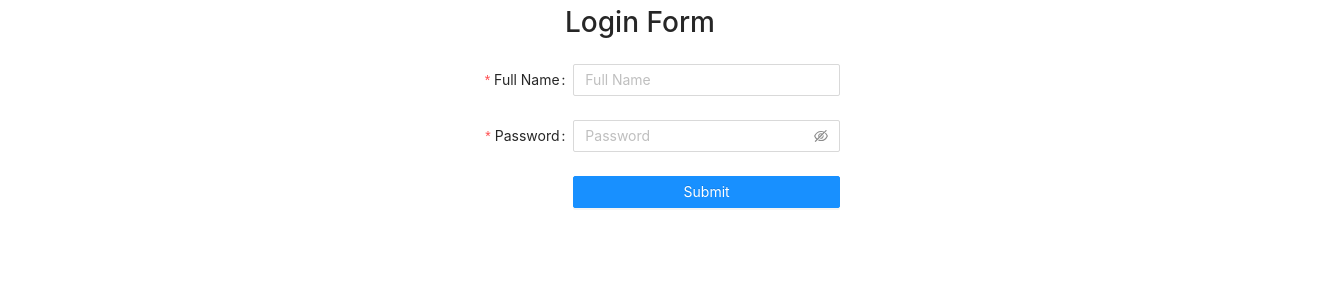
Repository: baodien1405/module-form
Page: /
These files come from the project's save history. The page is drawn as it stood at one moment and after the next save; the edit follows.
The browser window is 1280 px wide. The page is 1280 px wide, then 1330 px, so the pictures cover 1330 px, including what lies to the right of the window. The pictures show the whole page.
The project was rebuilt for these pictures with package versions that can differ from the ones it lists, and the page was loaded fresh each time.

Above is the page before, as saved 2021-09-09 15:02:23.

### src/index.tsx
import React from 'react';
import ReactDOM from 'react-dom';
import "antd/dist/antd.css";
import './index.css';
import App from './App';
import { store } from './app/store';
import { Provider } from 'react-redux';
import * as serviceWorker from './serviceWorker';

ReactDOM.render(
  <React.StrictMode>
    <Provider store={store}>
      <App />
    </Provider>
  </React.StrictMode>,
  document.getElementById('root')
);

// If you want your app to work offline and load faster, you can change
// unregister() to register() below. Note this comes with some pitfalls.
// Learn more about service workers: https://bit.ly/CRA-PWA
serviceWorker.unregister();

### src/index.css
@import url("https://fonts.googleapis.com/css2?family=Poppins:ital,wght@0,100;0,200;0,800;0,900;1,100;1,200;1,800;1,900&display=swap");

body {
  margin: 0;
  font-family: -apple-system, BlinkMacSystemFont, "Poppins", "Roboto", "Oxygen",
    "Ubuntu", "Cantarell", "Fira Sans", "Droid Sans", "Helvetica Neue",
    sans-serif;
  -webkit-font-smoothing: antialiased;
  -moz-osx-font-smoothing: grayscale;
}

code {
  font-family: source-code-pro, Menlo, Monaco, Consolas, "Courier New",
    monospace;
}

### src/App.tsx
import React from "react";
import "./App.css";
import OnboardingForm from "./features/onboarding/component/OnboardingForm";

export interface Account {
  fullname: string;
  password: string;
}

function App() {
  const initialValues: Account = {
    fullname: "",
    password: "",
  };

  const handleOnboardingFormSubmit = (formValues: Account) => {
    // do something here
    console.log("Form values: ", formValues);
  };
  return (
    <div className="App">
      <h1 className="title">Login Form</h1>
      <div className="container">
        <OnboardingForm
          onSubmit={handleOnboardingFormSubmit}
          initialValues={initialValues}
        />
      </div>
    </div>
  );
}

export default App;

### src/App.css
.App {
  /* text-align: center; */
}

.App-logo {
  height: 40vmin;
  pointer-events: none;
}

@media (prefers-reduced-motion: no-preference) {
  .App-logo {
    animation: App-logo-float infinite 3s ease-in-out;
  }
}

.App-header {
  min-height: 100vh;
  display: flex;
  flex-direction: column;
  align-items: center;
  justify-content: center;
  font-size: calc(10px + 2vmin);
}

.App-link {
  color: rgb(112, 76, 182);
}

@keyframes App-logo-float {
  0% {
    transform: translateY(0);
  }
  50% {
    transform: translateY(10px);
  }
  100% {
    transform: translateY(0px);
  }
}

.container {
  width: 400px;
  margin: 20px auto;
}

.title {
  text-align: center;
}

### src/features/onboarding/component/OnboardingForm.tsx
import { yupResolver } from "@hookform/resolvers/yup";
import { Button, Form } from "antd";
import { InputField } from "components/FormFields/InputField";
import { PasswordField } from "components/FormFields/PasswordField";
import { useForm } from "react-hook-form";
import * as yup from "yup";

export interface Account {
  fullname: string;
  password: string;
}

export interface AccountFormProps {
  initialValues?: Account;
  onSubmit?: (formValues: Account) => void;
}

const schema = yup.object().shape({
  fullname: yup.string().required("Please enter your full name"),
  password: yup.string().required("Please enter your password"),
});

export default function OnboardingForm({
  initialValues,
  onSubmit,
}: AccountFormProps) {
  const {
    control,
    handleSubmit,
    formState: { isSubmitting },
  } = useForm<Account>({
    defaultValues: initialValues,
    resolver: yupResolver(schema),
  });

  const handleFormSubmit = async (formValues: Account) => {
    try {
      await onSubmit?.(formValues);

      // time of loading
      await new Promise((resolve) => {
        setTimeout(resolve, 1000);
      });
    } catch (error) {
      console.log("Failed to submit form value: ", error);
    }
  };

  return (
    <Form
      onFinish={handleSubmit(handleFormSubmit)}
      labelCol={{ span: 8 }}
      wrapperCol={{ span: 16 }}
    >
      <InputField name="fullname" label="Full Name" control={control} />

      <PasswordField name="password" label="Password" control={control} />

      <Form.Item wrapperCol={{ offset: 8, span: 16 }}>
        <Button block type="primary" htmlType="submit" loading={isSubmitting}>
          Submit
        </Button>
      </Form.Item>
    </Form>
  );
}

### src/components/FormFields/InputField.tsx
import { Form, Input } from "antd";
import React, { InputHTMLAttributes } from "react";
import { Control, useController } from "react-hook-form";

export interface InputFieldProps extends InputHTMLAttributes<HTMLInputElement> {
  name: string;
  control: Control<any>;
  label?: string;
}

export function InputField({ name, control, label }: InputFieldProps) {
  const {
    field: { onBlur, onChange, value, ref },
    fieldState: { error },
  } = useController({
    name,
    control,
  });

  console.log(error?.message);

  return (
    <Form.Item
      label={label}
      name={name}
      rules={[{ required: true, message: error?.message }]}
    >
      <Input
        value={value}
        onChange={onChange}
        onBlur={onBlur}
        placeholder={label}
        ref={ref}
      />
    </Form.Item>
  );
}

### src/components/FormFields/PasswordField.tsx
import { Form, Input } from "antd";
import React, { InputHTMLAttributes } from "react";
import { Control, useController } from "react-hook-form";

export interface InputFieldProps extends InputHTMLAttributes<HTMLInputElement> {
  name: string;
  control: Control<any>;
  label?: string;
}

export function PasswordField({ name, control, label }: InputFieldProps) {
  const {
    field: { onBlur, onChange, value, ref },
    fieldState: { error },
  } = useController({
    name,
    control,
  });
  return (
    <Form.Item
      label={label}
      name={name}
      rules={[{ required: true, message: error?.message }]}
    >
      <Input.Password
        value={value}
        onChange={onChange}
        onBlur={onBlur}
        placeholder={label}
        ref={ref}
      />
    </Form.Item>
  );
}

Loaded but not shown: public/index.html (common file); src/app/store.ts (common file); src/serviceWorker.ts (common file); src/features/counter/counterSlice.ts (common file); src/features/counter/counterAPI.ts (common file)

After the next save:
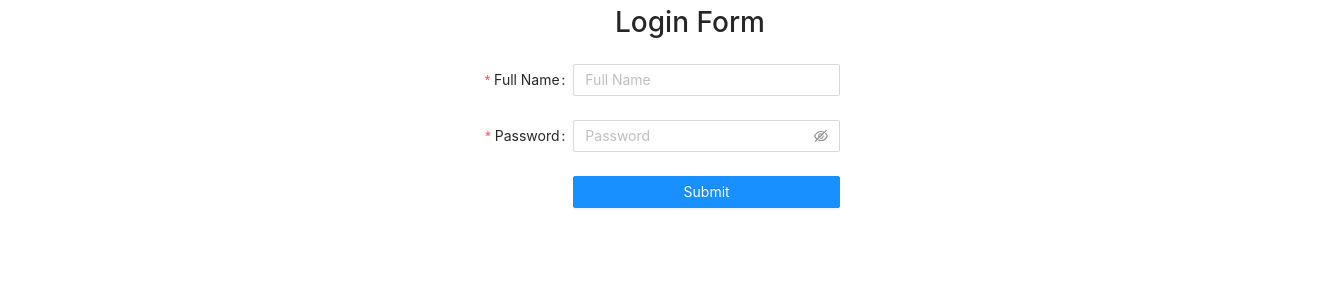
Saved 59 s later.
--- a/src/App.css
+++ b/src/App.css
@@ -45,4 +45,5 @@
 
 .title {
   text-align: center;
+  transform: translateX(50px);
 }
